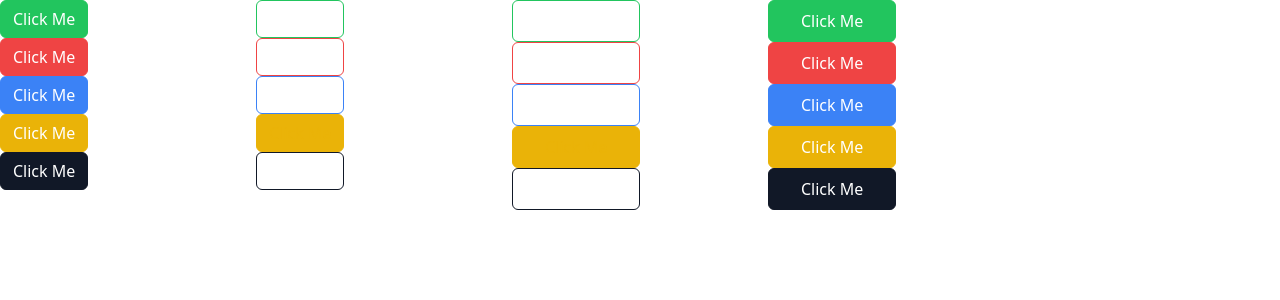
Repository: Marhamat92/reactroutefromstephen
Page: /
An editor plug-in stored every save of this project. The page is shown before and after the next save, followed by the edit.
The browser window is 1280 px wide. The pictures show the whole page.
The project was rebuilt for these pictures with package versions that can differ from the ones it lists, and the page was loaded fresh each time. Also part of the build but not shown: src/App.css.

Above is the page before, as saved 2022-12-21 15:33:49.

After the next save:
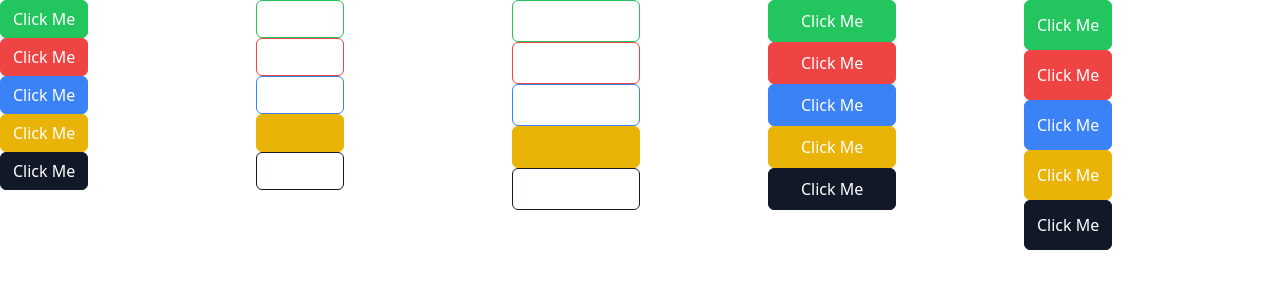
Saved 25 s later.
--- a/src/App.tsx
+++ b/src/App.tsx
@@ -74,6 +74,23 @@ function App() {
             Click Me
           </Button>
         </div>
+        <div className='lg:col-span-1'>
+          <Button large rounded success>
+            Click Me
+          </Button>
+          <Button large rounded danger>
+            Click Me
+          </Button>
+          <Button large rounded primary>
+            Click Me
+          </Button>
+          <Button large rounded warning>
+            Click Me
+          </Button>
+          <Button large rounded secondary>
+            Click Me
+          </Button>
+        </div>
       </div>
     </div>
   );
